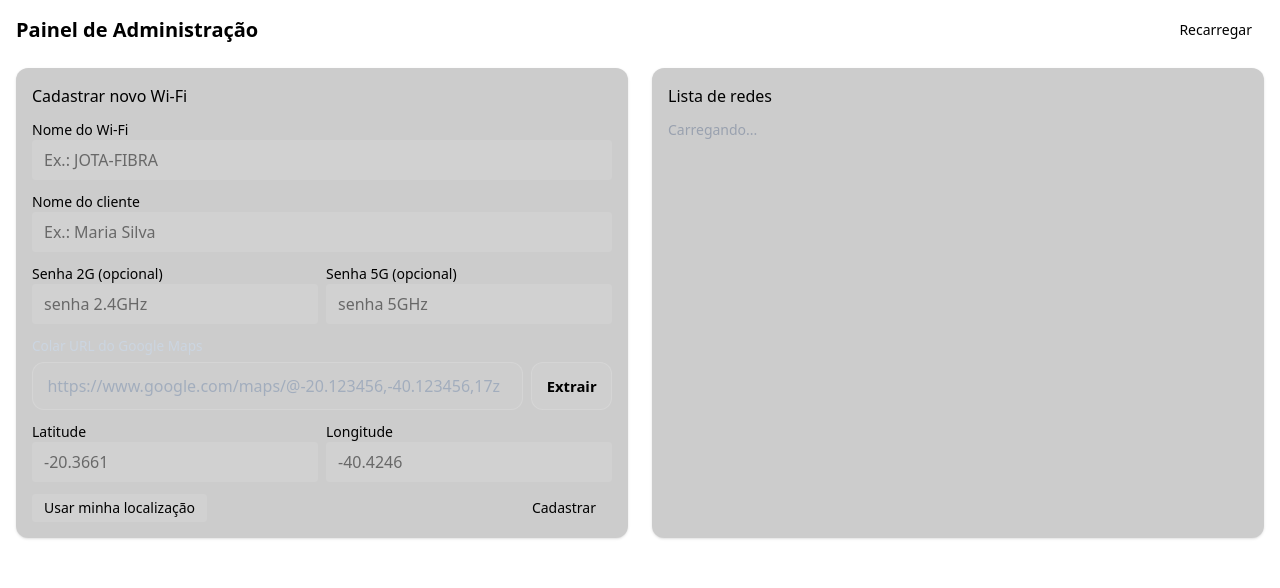
Repository: GRUPOMAX/redes.wifi
Page: /admin
The author's editor kept a copy of each file at every save. The page is drawn from the files as they stood at one save, then again after the next save.
The browser window is 1280 px wide. The pictures show the whole page.
The page's requests for data from a server got no answer. The project was rebuilt for these pictures with package versions that can differ from the ones it lists, and the page was loaded fresh each time. No one was signed in, and anything a server would have sent is missing. Also part of the build but not shown: vite.config.ts, src/components/MapView.tsx, src/components/FloatingCard.tsx, src/store/useGeo.ts, src/App.tsx, src/components/WifiList.tsx, src/components/MapModal.tsx.

Above is the page before, as saved 2025-10-21 21:48:50.

### index.html
<!doctype html>
<html lang="en">
  <head>
    <meta charset="UTF-8" />
    <link rel="icon" type="image/svg+xml" href="/vite.svg" />
    <meta name="viewport" content="width=device-width, initial-scale=1.0" />
    <title>wifi-map</title>
  </head>
  <body>
    <div id="root"></div>
    <script type="module" src="/src/main.tsx"></script>
  </body>
</html>

### src/main.tsx
import React from 'react';
import ReactDOM from 'react-dom/client';
import { createBrowserRouter, RouterProvider } from 'react-router-dom';
import { QueryClient, QueryClientProvider } from '@tanstack/react-query';
import App from './App';
import AdminPage from './pages/AdminPage';
import './index.css';

// Cria o cliente do React Query (cache e fetch automáticos)
const queryClient = new QueryClient();

// Define as rotas da aplicação
const router = createBrowserRouter([
  { path: '/', element: <App /> },
  { path: '/admin', element: <AdminPage /> },
]);

// Renderização principal
ReactDOM.createRoot(document.getElementById('root')!).render(
  <React.StrictMode>
    <QueryClientProvider client={queryClient}>
      <RouterProvider router={router} />
    </QueryClientProvider>
  </React.StrictMode>
);

### src/pages/AdminPage.tsx
import AdminPanel from "../components/AdminPanel";

export default function AdminPage() {
  return <AdminPanel />;
}

### src/hooks/useWifi.ts
// src/hooks/useWifi.ts
import { useMemo } from 'react';
import { useQuery, useMutation, useQueryClient } from '@tanstack/react-query';
import { listWifi, createWifi, updateWifi, deleteWifi } from '../lib/noco';
import { haversine } from '../utils/geo';
import type { WifiNetwork } from '../lib/wifi-types';

const KEY = ['wifi-list'];

/**
 * Hook principal de listagem com cache
 */
export function useWifiList() {
  return useQuery({
    queryKey: KEY,
    queryFn: listWifi,
    staleTime: 60_000, // 1 minuto
  });
}

/**
 * Hook que encontra o Wi-Fi mais próximo com base nas coordenadas do usuário
 */
export function useWifiNearest(coords: GeolocationCoordinates | null) {
  const q = useWifiList();

  const nearest = useMemo(() => {
    if (!coords || !q.data) return null;

    const here = { lat: coords.latitude, lng: coords.longitude };
    let best: { d: number; item: WifiNetwork } | null = null;

    for (const w of q.data) {
      const lat = parseFloat(String(w.LATITUDE));
      const lng = parseFloat(String(w.LONGITUDE));
      if (Number.isFinite(lat) && Number.isFinite(lng)) {
        const d = haversine(here, { lat, lng });
        if (!best || d < best.d) best = { d, item: w };
      }
    }
    return best;
  }, [coords, q.data]);

  return { ...q, nearest };
}

/**
 * Hook para criar um novo registro de Wi-Fi
 */
export function useCreateWifi() {
  const qc = useQueryClient();
  return useMutation({
    mutationFn: createWifi,
    onSuccess: () => {
      qc.invalidateQueries({ queryKey: KEY });
    },
  });
}

/**
 * Hook opcional para atualizar um registro existente
 */
export function useUpdateWifi() {
  const qc = useQueryClient();
  return useMutation({
    mutationFn: ({ id, patch }: { id: number | string; patch: Partial<WifiNetwork> }) =>
      updateWifi(id, patch),
    onSuccess: () => qc.invalidateQueries({ queryKey: KEY }),
  });
}

/**
 * Hook opcional para deletar um registro
 */
export function useDeleteWifi() {
  const qc = useQueryClient();
  return useMutation({
    mutationFn: (id: number | string) => deleteWifi(id),
    onSuccess: () => qc.invalidateQueries({ queryKey: KEY }),
  });
}

### src/lib/noco.ts
// src/lib/noco.ts
import { ensureArray, coerceWifi } from './wifi-types';
import type { WifiNetwork } from './wifi-types'; // ⬅️ type-only import

const BASE = import.meta.env.VITE_NOCODB_URL?.replace(/\/+$/, '') || '';
const TOKEN = import.meta.env.VITE_NOCODB_TOKEN || '';
// ID fixo da tabela (mantendo o seu atual)
const TABLE_ID = 'mk3n4tb1mr7y0y2';

// -------------------- Utils internos --------------------
async function parseJsonSafe(res: Response) {
  const text = await res.text();
  try {
    return text ? JSON.parse(text) : null;
  } catch {
    return text; // deixa o texto bruto pra mensagens de erro
  }
}

function defaultHeaders(extra?: Record<string, string>) {
  return {
    Accept: 'application/json',
    'Content-Type': 'application/json',
    'xc-token': TOKEN,
    ...(extra || {}),
  };
}

function assertBase() {
  if (!BASE) throw new Error('VITE_NOCODB_URL não configurado');
}

function raiseNoco(res: Response, data: any): never {
  const msg =
    data?.message ||
    data?.error?.message ||
    (typeof data === 'string' ? data : '') ||
    `HTTP ${res.status}`;

  const err: any = new Error(`NocoDB ${res.status}: ${msg}`);
  err.details = { status: res.status, url: res.url, body: data };
  throw err;
}

// -------------------- LIST --------------------
export async function listWifi(): Promise<WifiNetwork[]> {
  assertBase();

  const res = await fetch(
    `${BASE}/api/v2/tables/${TABLE_ID}/records?limit=1000`,
    { headers: defaultHeaders({ 'Content-Type': undefined as any }) } // GET não precisa content-type
  );

  const data = await parseJsonSafe(res);
  if (!res.ok) raiseNoco(res, data);

  const list = ensureArray<unknown>(data).map(coerceWifi).filter(Boolean) as WifiNetwork[];
  return list;
}

// -------------------- CREATE --------------------
export type CreateWifiInput = {
  ['NOME-WIFI']: string;
  ['NOME-CLIENTE']?: string | null;
  LATITUDE: number;
  LONGITUDE: number;
  ['SENHA-WIFI-2G']?: string | null;
  ['SENHA-WIFI-5G']?: string | null;
};

export async function createWifi(input: CreateWifiInput): Promise<WifiNetwork> {
  assertBase();

  const res = await fetch(`${BASE}/api/v2/tables/${TABLE_ID}/records`, {
    method: 'POST',
    headers: defaultHeaders(),
    body: JSON.stringify(input),
  });

  const data = await parseJsonSafe(res);
  if (!res.ok) raiseNoco(res, data);

  // NocoDB costuma retornar o registro criado como objeto
  const coerced = coerceWifi(data);
  if (!coerced) throw new Error('Resposta inesperada ao criar Wi-Fi');
  return coerced as WifiNetwork;
}

// -------------------- UPDATE (opcional) --------------------
export type UpdateWifiInput = Partial<Omit<CreateWifiInput, 'LATITUDE' | 'LONGITUDE'>> & {
  LATITUDE?: number;
  LONGITUDE?: number;
};

export async function updateWifi(id: number | string, patch: UpdateWifiInput): Promise<WifiNetwork> {
  assertBase();

  const res = await fetch(`${BASE}/api/v2/tables/${TABLE_ID}/records/${id}`, {
    method: 'PATCH',
    headers: defaultHeaders(),
    body: JSON.stringify(patch),
  });

  const data = await parseJsonSafe(res);
  if (!res.ok) raiseNoco(res, data);

  const coerced = coerceWifi(data);
  if (!coerced) throw new Error('Resposta inesperada ao atualizar Wi-Fi');
  return coerced as WifiNetwork;
}

// -------------------- DELETE (opcional) --------------------
export async function deleteWifi(id: number | string): Promise<void> {
  assertBase();

  const res = await fetch(`${BASE}/api/v2/tables/${TABLE_ID}/records/${id}`, {
    method: 'DELETE',
    headers: defaultHeaders({ 'Content-Type': undefined as any }),
  });

  const data = await parseJsonSafe(res);
  if (!res.ok) raiseNoco(res, data);
}

### src/components/AdminPanel.tsx
import { useEffect, useMemo, useState } from "react";
import L from "leaflet";
import "leaflet/dist/leaflet.css";

import { useWifiList } from "../hooks/useWifi";
import WifiList from "./WifiList";
import WifiForm from "./WifiForm";
import MapModal from "./MapModal";
import type { WifiNetwork } from "../types";
import { createWifi } from "../lib/noco"; // ✅ cria/cadastra no NocoDB (ou tua API)

// Corrige ícone padrão do Leaflet no Vite
import iconUrl from "leaflet/dist/images/marker-icon.png";
import iconRetinaUrl from "leaflet/dist/images/marker-icon-2x.png";
import shadowUrl from "leaflet/dist/images/marker-shadow.png";
L.Icon.Default.mergeOptions({ iconUrl, iconRetinaUrl, shadowUrl });

export default function AdminPanel() {
  const { data, isLoading, isError, refetch } = useWifiList();
  const items = useMemo(() => data ?? [], [data]);

  const [mapOpen, setMapOpen] = useState(false);
  const [mapTitle, setMapTitle] = useState<string | undefined>(undefined);
  const [center, setCenter] = useState<{ lat: number; lng: number } | null>(null);

  async function handleAdd(data: Partial<WifiNetwork>) {
    await createWifi(data);     // ✅ cadastra
    await refetch();            // ✅ atualiza lista
  }

  function openMapFor(item: WifiNetwork) {
    const lat = Number(item.LATITUDE);
    const lng = Number(item.LONGITUDE);
    if (!Number.isFinite(lat) || !Number.isFinite(lng)) return;
    setMapTitle(item["NOME-WIFI"]);
    setCenter({ lat, lng });
    setMapOpen(true);
  }

  return (
    <div className="p-4 space-y-6">
      <header className="flex items-center justify-between">
        <h2 className="text-xl font-semibold">Painel de Administração</h2>
        <button onClick={() => refetch()} className="px-3 py-1 text-sm rounded bg-white/10 hover:bg-white/20">
          Recarregar
        </button>
      </header>

      <div className="grid md:grid-cols-2 gap-6">
        <section className="bg-black/20 p-4 rounded-xl shadow">
          <h3 className="font-medium mb-3">Cadastrar novo Wi-Fi</h3>
          <WifiForm onAdd={handleAdd} /> {/* ✅ agora passa a ação */}
        </section>

        <section className="bg-black/20 p-4 rounded-xl shadow">
          <h3 className="font-medium mb-3">Lista de redes</h3>
          {isLoading ? (
            <div className="text-sm text-gray-400">Carregando...</div>
          ) : isError ? (
            <div className="text-sm text-red-400">Erro ao carregar</div>
          ) : (
            <WifiList items={items} onViewOnMap={openMapFor} />
          )}
        </section>
      </div>

      <MapModal open={mapOpen} title={mapTitle} center={center} onClose={() => setMapOpen(false)} />
    </div>
  );
}

### src/utils/geo.ts
export type LatLng = { lat: number; lng: number };

const R = 6371e3; // raio em metros

export function haversine(a: LatLng, b: LatLng) {
  const toRad = (x: number) => (x * Math.PI) / 180;
  const φ1 = toRad(a.lat),
    φ2 = toRad(b.lat);
  const Δφ = toRad(b.lat - a.lat),
    Δλ = toRad(b.lng - a.lng);
  const s = Math.sin(Δφ / 2) ** 2 + Math.cos(φ1) * Math.cos(φ2) * Math.sin(Δλ / 2) ** 2;
  const d = 2 * R * Math.asin(Math.sqrt(s));
  return d; // metros
}

### src/lib/wifi-types.ts
// src/lib/wifi-types.ts
export type WifiNetwork = {
  Id: number;
  ['NOME-WIFI']: string;
  ['SENHA-WIFI-2G']: string | null;
  ['SENHA-WIFI-5G']: string | null;
  LATITUDE: string; // mantemos string porque vem assim do NocoDB
  LONGITUDE: string;
};

export function ensureArray<T = unknown>(v: unknown): T[] {
  if (Array.isArray(v)) return v as T[];
  if (v && typeof v === 'object') {
    const anyObj = v as Record<string, unknown>;
    if (Array.isArray(anyObj.list)) return anyObj.list as T[];
    if (Array.isArray(anyObj.records)) return anyObj.records as T[];
    if (Array.isArray(anyObj.data)) return anyObj.data as T[];
    return [v as T]; // objeto unitário -> array unitário
  }
  return [];
}

export function coerceWifi(a: unknown): WifiNetwork | null {
  if (!a || typeof a !== 'object') return null;
  const o = a as any;
  const lat = Number(String(o.LATITUDE ?? o.latitude ?? o.lat ?? ''));
  const lng = Number(String(o.LONGITUDE ?? o.longitude ?? o.lng ?? ''));
  if (!Number.isFinite(lat) || !Number.isFinite(lng)) return null;
  return {
    Id: Number(o.Id ?? o.id ?? Date.now()),
    ['NOME-WIFI']: String(o['NOME-WIFI'] ?? o.nome ?? o.name ?? ''),
    ['SENHA-WIFI-2G']: o['SENHA-WIFI-2G'] ?? null,
    ['SENHA-WIFI-5G']: o['SENHA-WIFI-5G'] ?? null,
    LATITUDE: String(lat),
    LONGITUDE: String(lng),
  };
}

### src/components/WifiForm.tsx
import { useState } from "react";
import type { WifiNetwork } from "../types";
import GoogleMapsUrlImporter from "./GoogleMapsUrlImporter"; // ajuste o path se precisar

interface WifiFormProps {
  onAdd: (data: Partial<WifiNetwork>) => void | Promise<void>;
}

export default function WifiForm({ onAdd }: WifiFormProps) {
  const [nome, setNome] = useState("");
  const [cliente, setCliente] = useState("");
  const [senha2g, setSenha2g] = useState("");
  const [senha5g, setSenha5g] = useState("");
  const [lat, setLat] = useState("");
  const [lng, setLng] = useState("");
  const [error, setError] = useState<string | null>(null);

  const nfix = (v: string) => Number(v.replace(",", ".")); // vírgula -> ponto

  function validate(): string | null {
    if (!nome.trim()) return "Nome do Wi-Fi obrigatório";
    if (!cliente.trim()) return "Nome do cliente obrigatório";
    if (!lat.trim() || !lng.trim()) return "Coordenadas obrigatórias";
    if (!Number.isFinite(nfix(lat)) || !Number.isFinite(nfix(lng)))
      return "Latitude e longitude precisam ser números válidos";
    return null;
  }

  async function handleSubmit(e: React.FormEvent) {
    e.preventDefault();
    const err = validate();
    if (err) return setError(err);
    setError(null);

    await onAdd({
      ["NOME-WIFI"]: nome.trim(),
      ["NOME-CLIENTE"]: cliente.trim(),
      ["SENHA-WIFI-2G"]: senha2g || null,
      ["SENHA-WIFI-5G"]: senha5g || null,
      LATITUDE: nfix(lat),
      LONGITUDE: nfix(lng),
    });

    // limpa o form
    setNome("");
    setCliente("");
    setSenha2g("");
    setSenha5g("");
    setLat("");
    setLng("");
  }

  function getMyLocation() {
    if (!("geolocation" in navigator)) {
      setError("Geolocalização não suportada");
      return;
    }
    navigator.geolocation.getCurrentPosition(
      (pos) => {
        setLat(String(pos.coords.latitude));
        setLng(String(pos.coords.longitude));
        setError(null);
      },
      () => setError("Não foi possível obter localização"),
      { enableHighAccuracy: true }
    );
  }

  return (
    <form onSubmit={handleSubmit} className="space-y-3">
      <div>
        <label className="block text-sm">Nome do Wi-Fi</label>
        <input
          className="w-full px-3 py-2 rounded bg-white/10"
          value={nome}
          onChange={(e) => { setNome(e.target.value); setError(null); }}
          placeholder="Ex.: JOTA-FIBRA"
        />
      </div>

      <div>
        <label className="block text-sm">Nome do cliente</label>
        <input
          className="w-full px-3 py-2 rounded bg-white/10"
          value={cliente}
          onChange={(e) => { setCliente(e.target.value); setError(null); }}
          placeholder="Ex.: Maria Silva"
        />
      </div>

      <div className="grid md:grid-cols-2 gap-2">
        <div>
          <label className="block text-sm">Senha 2G (opcional)</label>
          <input
            className="w-full px-3 py-2 rounded bg-white/10"
            value={senha2g}
            onChange={(e) => setSenha2g(e.target.value)}
            placeholder="senha 2.4GHz"
          />
        </div>
        <div>
          <label className="block text-sm">Senha 5G (opcional)</label>
          <input
            className="w-full px-3 py-2 rounded bg-white/10"
            value={senha5g}
            onChange={(e) => setSenha5g(e.target.value)}
            placeholder="senha 5GHz"
          />
        </div>
      </div>

      {/* Importador de URL do Google Maps */}
      <GoogleMapsUrlImporter
        onCoords={({ lat: parsedLat, lng: parsedLng }) => {
          setLat(String(parsedLat));
          setLng(String(parsedLng));
          setError(null);
        }}
      />

      <div className="grid grid-cols-2 gap-2">
        <div>
          <label className="block text-sm">Latitude</label>
          <input
            className="w-full px-3 py-2 rounded bg-white/10"
            value={lat}
            onChange={(e) => { setLat(e.target.value); setError(null); }}
            placeholder="-20.3661"
          />
        </div>
        <div>
          <label className="block text-sm">Longitude</label>
          <input
            className="w-full px-3 py-2 rounded bg-white/10"
            value={lng}
            onChange={(e) => { setLng(e.target.value); setError(null); }}
            placeholder="-40.4246"
          />
        </div>
      </div>

      <div className="flex gap-2">
        <button
          type="button"
          onClick={getMyLocation}
          className="px-3 py-1 text-sm rounded bg-white/10"
        >
          Usar minha localização
        </button>
        <button
          type="submit"
          className="px-4 py-1 text-sm rounded bg-accent ml-auto"
        >
          Cadastrar
        </button>
      </div>

      {error && <div className="text-sm text-red-400">{error}</div>}
    </form>
  );
}

### src/components/GoogleMapsUrlImporter.tsx
import { useState } from "react";

export type Coords = { lat: number; lng: number };

export default function GoogleMapsUrlImporter({ onCoords }: { onCoords: (c: Coords) => void }) {
  const [url, setUrl] = useState("");
  const [msg, setMsg] = useState<string | null>(null);
  const [ok, setOk] = useState<boolean | null>(null);

  function parseGoogleMapsUrl(u: string): Coords | null {
    if (!u) return null;
    try {
      const decoded = decodeURIComponent(u.trim());
      let m = decoded.match(/@(-?\d+\.\d+),(-?\d+\.\d+)/);
      if (m) return { lat: Number(m[1]), lng: Number(m[2]) };
      m = decoded.match(/!3d(-?\d+\.\d+)!4d(-?\d+\.\d+)/);
      if (m) return { lat: Number(m[1]), lng: Number(m[2]) };
      m = decoded.match(/[?&]q=(-?\d+\.\d+),(-?\d+\.\d+)/);
      if (m) return { lat: Number(m[1]), lng: Number(m[2]) };
      m = decoded.match(/[?&]ll=(-?\d+\.\d+),(-?\d+\.\d+)/);
      if (m) return { lat: Number(m[1]), lng: Number(m[2]) };
      m = decoded.match(/(-?\d+\.\d+)[^\d\-]+(-?\d+\.\d+)/);
      if (m) {
        const lat = Number(m[1]), lng = Number(m[2]);
        if (Math.abs(lat) <= 90 && Math.abs(lng) <= 180) return { lat, lng };
      }
    } catch {}
    return null;
  }

  function handleExtract() {
    setMsg(null); setOk(null);
    const coords = parseGoogleMapsUrl(url);
    if (!coords) {
      setOk(false);
      setMsg("Cole a URL completa do Google Maps (ex.: .../@-20.123456,-40.123456,17z).");
      return;
    }
    onCoords(coords);
    setOk(true);
    setMsg(`OK: ${coords.lat.toFixed(6)}, ${coords.lng.toFixed(6)}`);
    setUrl("");
  }

  return (
    <div className="space-y-2">
      <label className="label">Colar URL do Google Maps</label>
      <div className="flex gap-2">
        <input
          value={url}
          onChange={(e) => setUrl(e.target.value)}
          placeholder="https://www.google.com/maps/@-20.123456,-40.123456,17z"
          className="input"
        />
        <button type="button" onClick={handleExtract} className="btn btn-ghost">
          Extrair
        </button>
      </div>
      {msg && (
        <div className={`helper ${ok ? "text-emerald-300" : "text-red-300"}`}>
          {msg}
        </div>
      )}
    </div>
  );
}

Loaded but not shown: src/index.css (238 lines, source omitted)

After the next save:
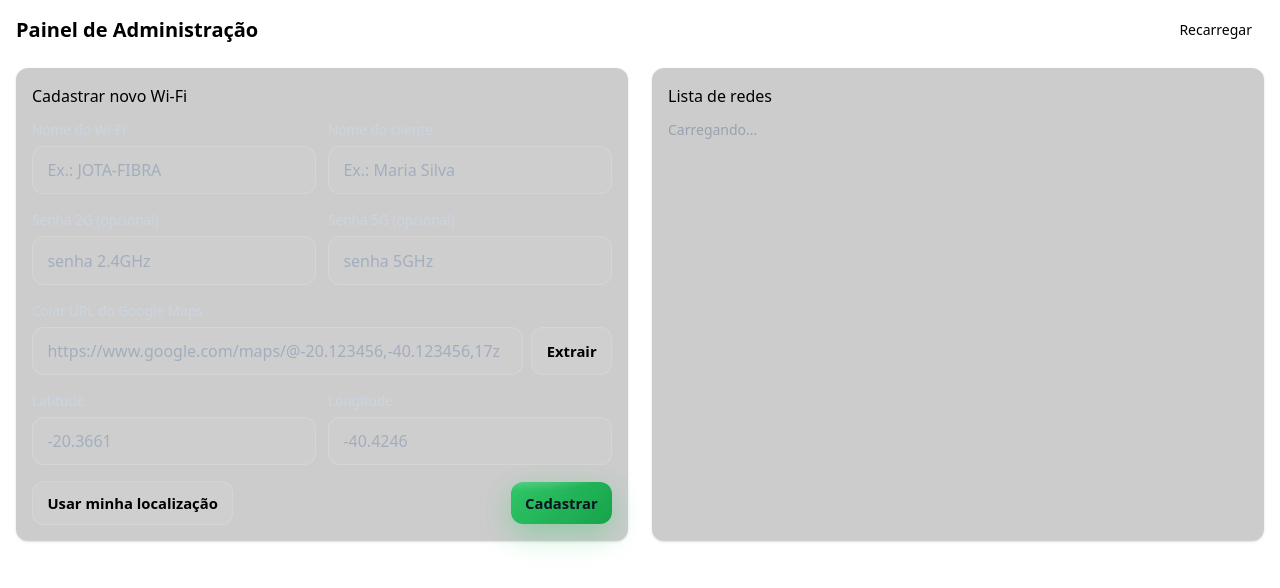
Saved 5 s later.
--- a/src/components/WifiForm.tsx
+++ b/src/components/WifiForm.tsx
@@ -1,10 +1,8 @@
 import { useState } from "react";
 import type { WifiNetwork } from "../types";
-import GoogleMapsUrlImporter from "./GoogleMapsUrlImporter"; // ajuste o path se precisar
+import GoogleMapsUrlImporter from "./GoogleMapsUrlImporter";
 
-interface WifiFormProps {
-  onAdd: (data: Partial<WifiNetwork>) => void | Promise<void>;
-}
+interface WifiFormProps { onAdd: (data: Partial<WifiNetwork>) => void | Promise<void>; }
 
 export default function WifiForm({ onAdd }: WifiFormProps) {
   const [nome, setNome] = useState("");
@@ -15,7 +13,7 @@ export default function WifiForm({ onAdd }: WifiFormProps) {
   const [lng, setLng] = useState("");
   const [error, setError] = useState<string | null>(null);
 
-  const nfix = (v: string) => Number(v.replace(",", ".")); // vírgula -> ponto
+  const nfix = (v: string) => Number(String(v).replace(",", "."));
 
   function validate(): string | null {
     if (!nome.trim()) return "Nome do Wi-Fi obrigatório";
@@ -41,121 +39,70 @@ export default function WifiForm({ onAdd }: WifiFormProps) {
       LONGITUDE: nfix(lng),
     });
 
-    // limpa o form
-    setNome("");
-    setCliente("");
-    setSenha2g("");
-    setSenha5g("");
-    setLat("");
-    setLng("");
+    setNome(""); setCliente(""); setSenha2g(""); setSenha5g(""); setLat(""); setLng("");
   }
 
   function getMyLocation() {
-    if (!("geolocation" in navigator)) {
-      setError("Geolocalização não suportada");
-      return;
-    }
+    if (!("geolocation" in navigator)) return setError("Geolocalização não suportada");
     navigator.geolocation.getCurrentPosition(
-      (pos) => {
-        setLat(String(pos.coords.latitude));
-        setLng(String(pos.coords.longitude));
-        setError(null);
-      },
+      (pos) => { setLat(String(pos.coords.latitude)); setLng(String(pos.coords.longitude)); setError(null); },
       () => setError("Não foi possível obter localização"),
       { enableHighAccuracy: true }
     );
   }
 
   return (
-    <form onSubmit={handleSubmit} className="space-y-3">
-      <div>
-        <label className="block text-sm">Nome do Wi-Fi</label>
-        <input
-          className="w-full px-3 py-2 rounded bg-white/10"
-          value={nome}
-          onChange={(e) => { setNome(e.target.value); setError(null); }}
-          placeholder="Ex.: JOTA-FIBRA"
-        />
-      </div>
-
-      <div>
-        <label className="block text-sm">Nome do cliente</label>
-        <input
-          className="w-full px-3 py-2 rounded bg-white/10"
-          value={cliente}
-          onChange={(e) => { setCliente(e.target.value); setError(null); }}
-          placeholder="Ex.: Maria Silva"
-        />
-      </div>
-
-      <div className="grid md:grid-cols-2 gap-2">
+    <form onSubmit={handleSubmit} className="space-y-4">
+      <div className="grid md:grid-cols-2 gap-3">
         <div>
-          <label className="block text-sm">Senha 2G (opcional)</label>
-          <input
-            className="w-full px-3 py-2 rounded bg-white/10"
-            value={senha2g}
-            onChange={(e) => setSenha2g(e.target.value)}
-            placeholder="senha 2.4GHz"
-          />
+          <label className="label">Nome do Wi-Fi</label>
+          <input className="input" value={nome} onChange={(e)=>{ setNome(e.target.value); setError(null); }}
+                 placeholder="Ex.: JOTA-FIBRA" />
         </div>
         <div>
-          <label className="block text-sm">Senha 5G (opcional)</label>
-          <input
-            className="w-full px-3 py-2 rounded bg-white/10"
-            value={senha5g}
-            onChange={(e) => setSenha5g(e.target.value)}
-            placeholder="senha 5GHz"
-          />
+          <label className="label">Nome do cliente</label>
+          <input className="input" value={cliente} onChange={(e)=>{ setCliente(e.target.value); setError(null); }}
+                 placeholder="Ex.: Maria Silva" />
         </div>
       </div>
 
-      {/* Importador de URL do Google Maps */}
-      <GoogleMapsUrlImporter
-        onCoords={({ lat: parsedLat, lng: parsedLng }) => {
-          setLat(String(parsedLat));
-          setLng(String(parsedLng));
-          setError(null);
-        }}
-      />
-
-      <div className="grid grid-cols-2 gap-2">
+      <div className="grid md:grid-cols-2 gap-3">
         <div>
-          <label className="block text-sm">Latitude</label>
-          <input
-            className="w-full px-3 py-2 rounded bg-white/10"
-            value={lat}
-            onChange={(e) => { setLat(e.target.value); setError(null); }}
-            placeholder="-20.3661"
-          />
+          <label className="label">Senha 2G (opcional)</label>
+          <input className="input" value={senha2g} onChange={(e)=>setSenha2g(e.target.value)}
+                 placeholder="senha 2.4GHz" />
         </div>
         <div>
-          <label className="block text-sm">Longitude</label>
-          <input
-            className="w-full px-3 py-2 rounded bg-white/10"
-            value={lng}
-            onChange={(e) => { setLng(e.target.value); setError(null); }}
-            placeholder="-40.4246"
-          />
+          <label className="label">Senha 5G (opcional)</label>
+          <input className="input" value={senha5g} onChange={(e)=>setSenha5g(e.target.value)}
+                 placeholder="senha 5GHz" />
         </div>
       </div>
 
-      <div className="flex gap-2">
-        <button
-          type="button"
-          onClick={getMyLocation}
-          className="px-3 py-1 text-sm rounded bg-white/10"
-        >
-          Usar minha localização
-        </button>
-        <button
-          type="submit"
-          className="px-4 py-1 text-sm rounded bg-accent ml-auto"
-        >
-          Cadastrar
-        </button>
+      <GoogleMapsUrlImporter
+        onCoords={({ lat: L, lng: G }) => { setLat(String(L)); setLng(String(G)); setError(null); }}
+      />
+
+      <div className="grid grid-cols-2 gap-3">
+        <div>
+          <label className="label">Latitude</label>
+          <input className="input" value={lat} onChange={(e)=>{ setLat(e.target.value); setError(null); }}
+                 placeholder="-20.3661" />
+        </div>
+        <div>
+          <label className="label">Longitude</label>
+          <input className="input" value={lng} onChange={(e)=>{ setLng(e.target.value); setError(null); }}
+                 placeholder="-40.4246" />
+        </div>
       </div>
 
-      {error && <div className="text-sm text-red-400">{error}</div>}
+      <div className="flex items-center gap-2">
+        <button type="button" onClick={getMyLocation} className="btn">Usar minha localização</button>
+        <div className="flex-1" />
+        <button type="submit" className="btn btn-accent">Cadastrar</button>
+      </div>
+
+      {error && <div className="helper text-red-300">{error}</div>}
     </form>
   );
 }
